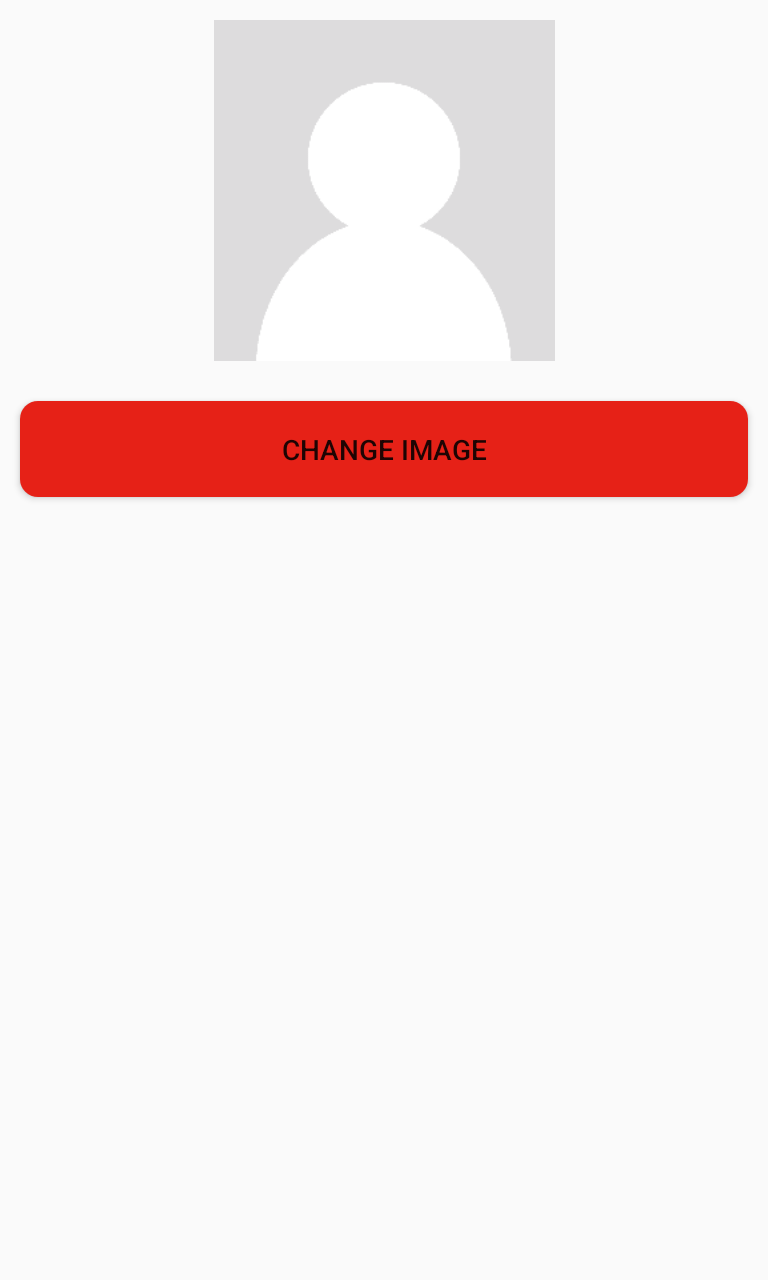
Repository: savindra/cutting-edge
Layout: Humzearch/res/layout/settings_profile.xml
The author's editor kept a copy of each file at every save. The layout is drawn from the files as they stood at one save, then again after the next save.
It is drawn on a 768 x 1280 px phone screen (xhdpi) without system bars, with theme AppTheme; the app's code is not run.

Above is the layout before, as saved 2015-06-22 07:40:58.

After the next save:
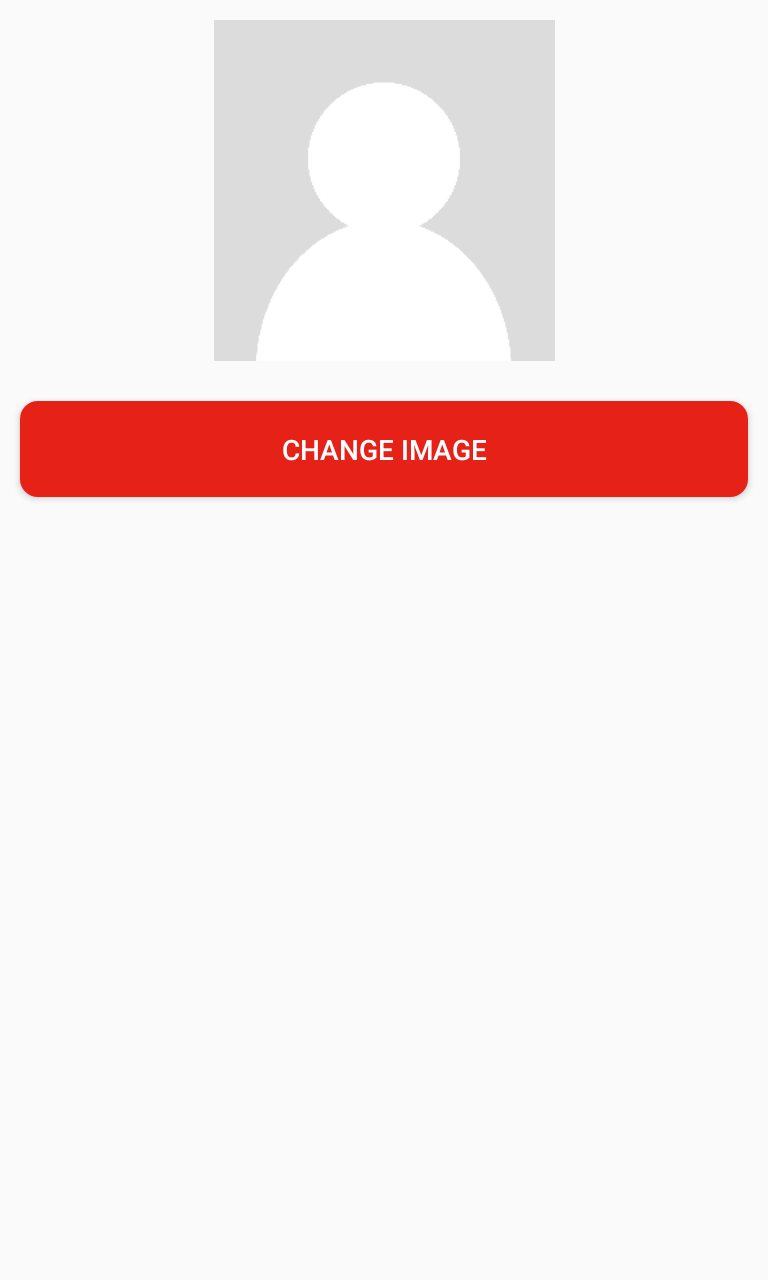
Saved 23 s later.
--- a/Humzearch/res/layout/settings_profile.xml
+++ b/Humzearch/res/layout/settings_profile.xml
@@ -17,6 +17,7 @@
         android:layout_height="wrap_content"
         android:layout_margin="10dp"
         android:text="@string/changeimage"
-        android:background="@drawable/buttonshape" />
+        android:background="@drawable/buttonshape"
+        android:textColor="#FFF" />
 
 </LinearLayout>
